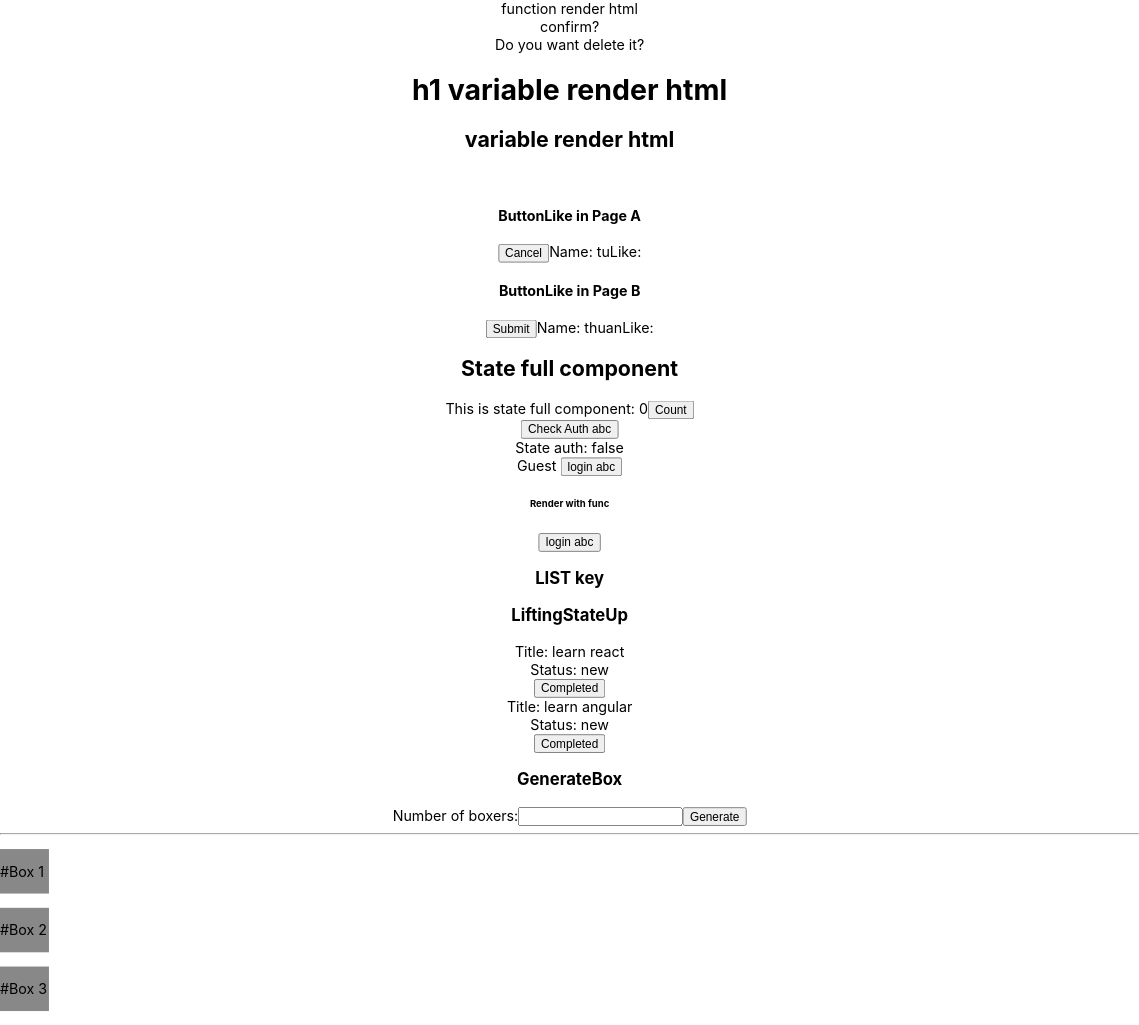
Repository: HoangTu18/reactjs-exercise
Page: /
An editor plug-in stored every save of this project. The page is shown before and after the next save, followed by the edit.
The browser window is 1280 px wide. The pictures show the whole page, at 89% of full size.
The project was rebuilt for these pictures with package versions that can differ from the ones it lists, and the page was loaded fresh each time. Also part of the build but not shown: src/pages/StateObject.jsx.

Above is the page before, as saved 2022-05-28 22:13:13.

After the next save:
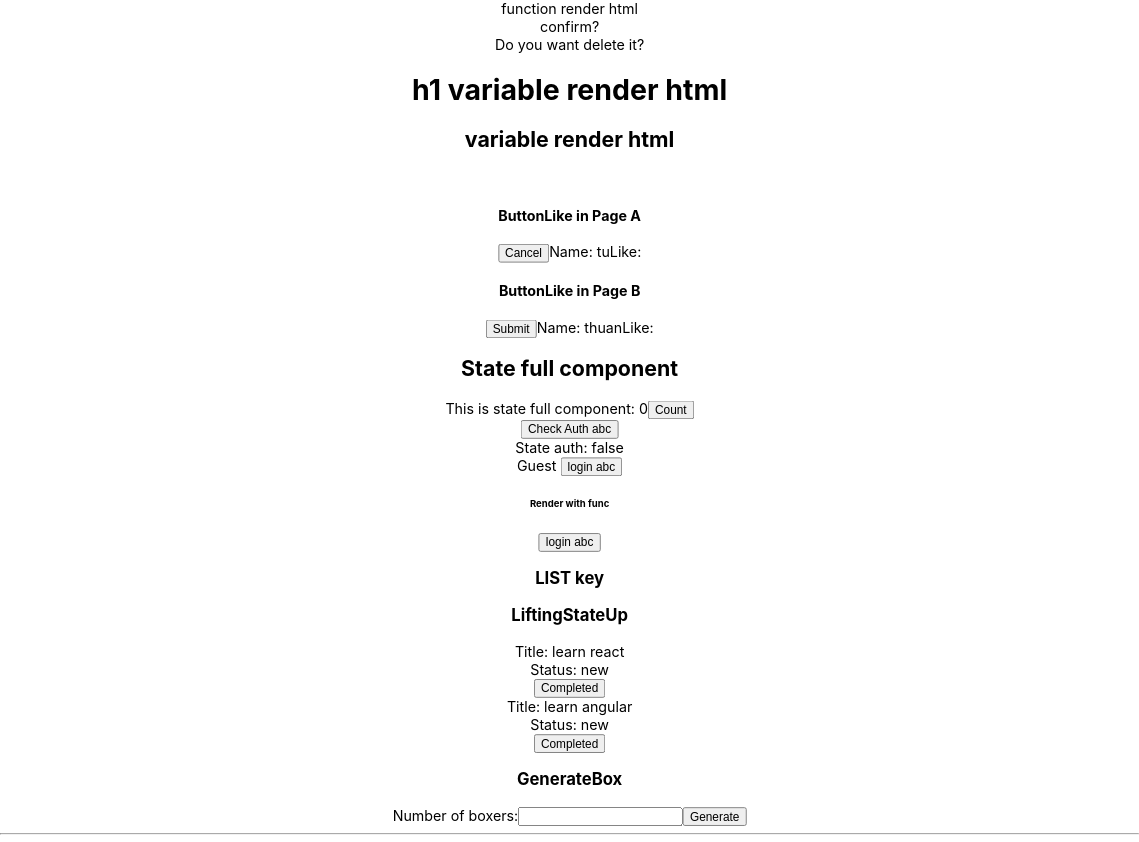
Saved 9 s later.
--- a/src/exercise/GenerateBox.jsx
+++ b/src/exercise/GenerateBox.jsx
@@ -3,17 +3,7 @@ import GenerateBoxList from "../components/GenerateBox/GenerateBoxList";
 
 function GenerateBox(props) {
   const [count, setCount] = useState(0);
-  const [boxs, setBoxs] = useState([
-    {
-      id: 1,
-    },
-    {
-      id: 2,
-    },
-    {
-      id: 3,
-    },
-  ]);
+  const [boxs, setBoxs] = useState([]);
   function handleGenerate(todoId) {
     console.log(todoId);
     setBoxs([...boxs, { id: todoId }]);
